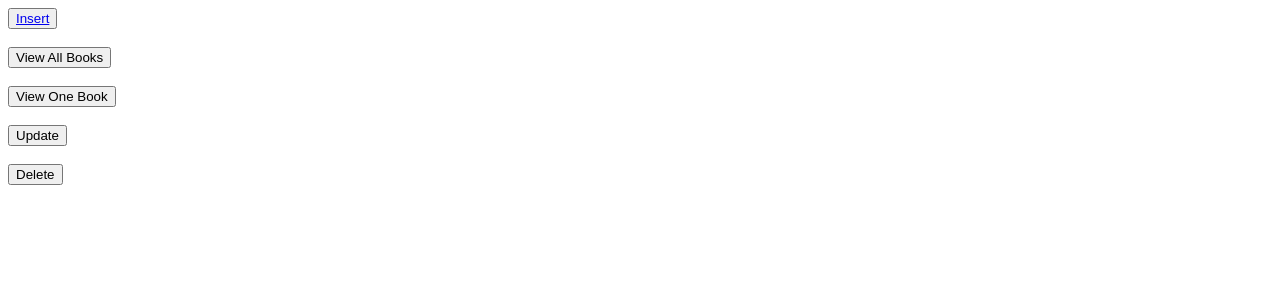
Repository: KoviAnusha/Typescript-files
Page: workspace-sts-3.9.9.RELEASE/BookHomeAssignment/WebContent/Index.html
The author's editor kept a copy of each file at every save. The page is drawn from the files as they stood at one save, then again after the next save.
The browser window is 1280 px wide. The pictures show the whole page.

Above is the page before, as saved 2019-08-24 03:27:14.

After the next save:
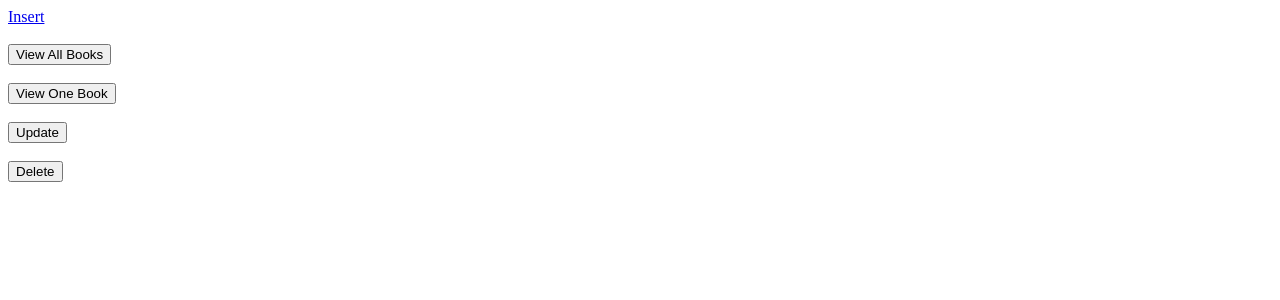
Saved 30 s later.
--- a/workspace-sts-3.9.9.RELEASE/BookHomeAssignment/WebContent/Index.html
+++ b/workspace-sts-3.9.9.RELEASE/BookHomeAssignment/WebContent/Index.html
@@ -6,7 +6,7 @@
 </head>
 <body>
 <form>
-<button><a href="InsertBooks.html">Insert</a></button><br><br>
+<a href="InsertBooks.html">Insert</a><br><br>
 <a href="ViewAllBook.html"><button>View All Books</button></a><br><br>
 <a href="ViewOneBook.html"><button>View One Book</button></a><br><br>
 <a href="Update.html"><button>Update</button></a><br><br>
